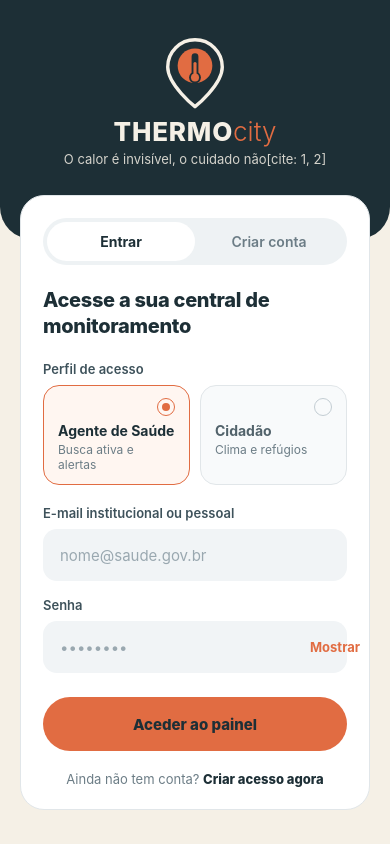
Repository: ThermoCity/thermo-city-mobile
Screen: /
These files come from the project's save history. The screen is drawn as it stood at one moment and after a run of saves; the edit follows.
The app was drawn by React Native's web renderer in a window 390 px wide. The project was rebuilt for these pictures with package versions that can differ from the ones it lists, and the page was loaded fresh each time. Some packages were replaced by stand-ins written for this rebuild.

Above is the screen before, as saved 2026-11-14 02:20:54.

### App.tsx
import LoginScreen from './src/screens/Login';
import { NavigationContainer } from '@react-navigation/native';
import { createNativeStackNavigator } from '@react-navigation/native-stack';


const Stack = createNativeStackNavigator();

export default function App() {
  return (
    <NavigationContainer>
        <Stack.Navigator>
          <Stack.Screen
            name="Login"
            component={LoginScreen}
            options={{ headerShown: false }}
          />
          </Stack.Navigator>
    </NavigationContainer>
  )
}

### src/screens/Login.tsx
import React, { useState } from 'react';
import {
  View,
  Text,
  TextInput,
  TouchableOpacity,
  StyleSheet,
  KeyboardAvoidingView,
  Platform,
  ScrollView,
  StatusBar,
} from 'react-native';
import { SafeAreaView } from 'react-native-safe-area-context';
import ThermoLogo from '../components/ThermoLogo';
import { BRAND_COLORS } from '../theme/thermoTheme';

export interface UserProfile {
  name: string;
  role: 'agente' | 'cidadao';
  unit: string;
}

type FieldKey = 'name' | 'email' | 'code' | 'password';

const ROLES: {
  key: 'agente' | 'cidadao';
  title: string;
  subtitle: string;
}[] = [
  { key: 'agente', title: 'Agente de Saúde', subtitle: 'Busca ativa e alertas' },
  { key: 'cidadao', title: 'Cidadão', subtitle: 'Clima e refúgios' },
];

const PLACEHOLDER_COLOR = '#9AA8B0';

export default function LoginScreen() {
  const [isRegistering, setIsRegistering] = useState<boolean>(false);
  const [role, setRole] = useState<'agente' | 'cidadao'>('agente');
  const [name, setName] = useState<string>('');
  const [email, setEmail] = useState<string>('');
  const [credentialCode, setCredentialCode] = useState<string>('');
  const [password, setPassword] = useState<string>('');
  const [showPassword, setShowPassword] = useState<boolean>(false);
  const [focused, setFocused] = useState<FieldKey | null>(null);

  const inputStyle = (key: FieldKey) => [
    styles.input,
    focused === key && styles.inputFocused,
  ];

  const focusProps = (key: FieldKey) => ({
    onFocus: () => setFocused(key),
    onBlur: () => setFocused((current) => (current === key ? null : current)),
  });

  return (
    <SafeAreaView style={styles.safeArea}>
      <StatusBar barStyle="light-content" backgroundColor={BRAND_COLORS.azulEscuro} />

      <KeyboardAvoidingView
        behavior={Platform.OS === 'ios' ? 'padding' : undefined}
        style={styles.flex}
      >
        <ScrollView
          style={styles.scroll}
          contentContainerStyle={styles.scrollContent}
          keyboardShouldPersistTaps="handled"
          showsVerticalScrollIndicator={false}
          bounces={false}
        >
          {/* ───────── MARCA ───────── */}
          <View style={styles.hero}>
            <ThermoLogo variant="dark" showText showSlogan size={62} />
          </View>

          {/* ───────── FORMULÁRIO ───────── */}
          <View style={styles.content}>
            <View style={styles.card}>
              <View style={styles.tabContainer}>
                <TouchableOpacity
                  style={[styles.tab, !isRegistering && styles.tabActive]}
                  onPress={() => setIsRegistering(false)}
                  activeOpacity={0.8}
                >
                  <Text style={[styles.tabText, !isRegistering && styles.tabTextActive]}>
                    Entrar
                  </Text>
                </TouchableOpacity>

                <TouchableOpacity
                  style={[styles.tab, isRegistering && styles.tabActive]}
                  onPress={() => setIsRegistering(true)}
                  activeOpacity={0.8}
                >
                  <Text style={[styles.tabText, isRegistering && styles.tabTextActive]}>
                    Criar conta
                  </Text>
                </TouchableOpacity>
              </View>

              <Text style={styles.formTitle}>
                {isRegistering
                  ? 'Registe o seu acesso no ThermoCity'
                  : 'Acesse a sua central de monitoramento'}
              </Text>

              <Text style={styles.label}>Perfil de acesso</Text>
              <View style={styles.roleRow}>
                {ROLES.map((item) => {
                  const selected = role === item.key;
                  return (
                    <TouchableOpacity
                      key={item.key}
                      style={[styles.roleButton, selected && styles.roleButtonSelected]}
                      onPress={() => setRole(item.key)}
                      activeOpacity={0.85}
                    >
                      <View style={styles.roleTop}>
                        <View style={[styles.radio, selected && styles.radioSelected]}>
                          {selected && <View style={styles.radioDot} />}
                        </View>
                      </View>
                      <Text style={[styles.roleTitle, selected && styles.roleTitleSelected]}>
                        {item.title}
                      </Text>
                      <Text style={styles.roleSubtitle}>{item.subtitle}</Text>
                    </TouchableOpacity>
                  );
                })}
              </View>

              {isRegistering && (
                <View style={styles.inputGroup}>
                  <Text style={styles.label}>Nome completo</Text>
                  <TextInput
                    style={inputStyle('name')}
                    placeholder="Ex.: Mariana Silva"
                    placeholderTextColor={PLACEHOLDER_COLOR}
                    value={name}
                    onChangeText={setName}
                    {...focusProps('name')}
                  />
                </View>
              )}

              <View style={styles.inputGroup}>
                <Text style={styles.label}>E-mail institucional ou pessoal</Text>
                <TextInput
                  style={inputStyle('email')}
                  placeholder="nome@saude.gov.br"
                  placeholderTextColor={PLACEHOLDER_COLOR}
                  keyboardType="email-address"
                  autoCapitalize="none"
                  autoCorrect={false}
                  value={email}
                  onChangeText={setEmail}
                  {...focusProps('email')}
                />
              </View>

              {isRegistering && (
                <View style={styles.inputGroup}>
                  <Text style={styles.label}>
                    {role === 'agente'
                      ? 'Matrícula / Registo da Equipe'
                      : 'Morada ou Código Postal de referência'}
                  </Text>
                  <TextInput
                    style={inputStyle('code')}
                    placeholder={role === 'agente' ? 'Ex.: ACS-4092' : 'Ex.: 19010-000'}
                    placeholderTextColor={PLACEHOLDER_COLOR}
                    value={credentialCode}
                    onChangeText={setCredentialCode}
                    {...focusProps('code')}
                  />
                </View>
              )}

              <View style={styles.inputGroup}>
                <Text style={styles.label}>Senha</Text>
                <View style={[styles.passwordWrap, focused === 'password' && styles.inputFocused]}>
                  <TextInput
                    style={styles.passwordInput}
                    placeholder="••••••••"
                    placeholderTextColor={PLACEHOLDER_COLOR}
                    secureTextEntry={!showPassword}
                    autoCapitalize="none"
                    value={password}
                    onChangeText={setPassword}
                    {...focusProps('password')}
                  />
                  <TouchableOpacity
                    onPress={() => setShowPassword((v) => !v)}
                    hitSlop={{ top: 10, bottom: 10, left: 10, right: 10 }}
                    accessibilityLabel={showPassword ? 'Ocultar senha' : 'Mostrar senha'}
                  >
                    <Text style={styles.showPasswordText}>
                      {showPassword ? 'Ocultar' : 'Mostrar'}
                    </Text>
                  </TouchableOpacity>
                </View>
              </View>

              <TouchableOpacity
                style={styles.submitButton}
                onPress={ () => {}}
                activeOpacity={0.85}
              >
                <Text style={styles.submitButtonText}>
                  {isRegistering ? 'Concluir registo' : 'Aceder ao painel'}
                </Text>
              </TouchableOpacity>

              <TouchableOpacity
                style={styles.switchPrompt}
                onPress={() => setIsRegistering(!isRegistering)}
              >
                <Text style={styles.switchPromptText}>
                  {isRegistering ? 'Já possui registo? ' : 'Ainda não tem conta? '}
                  <Text style={styles.switchPromptHighlight}>
                    {isRegistering ? 'Iniciar sessão' : 'Criar acesso agora'}
                  </Text>
                </Text>
              </TouchableOpacity>
            </View>
          </View>
        </ScrollView>
      </KeyboardAvoidingView>
    </SafeAreaView>
  );
}

const styles = StyleSheet.create({
  safeArea: {
    flex: 1,
    backgroundColor: BRAND_COLORS.azulEscuro,
  },
  flex: {
    flex: 1,
  },
  scroll: {
    flex: 1,
    backgroundColor: BRAND_COLORS.offWhite,
  },
  scrollContent: {
    flexGrow: 1,
    paddingBottom: 36,
  },

  /* Marca */
  hero: {
    backgroundColor: BRAND_COLORS.azulEscuro,
    alignItems: 'center',
    paddingTop: 36,
    paddingBottom: 72,
    paddingHorizontal: 24,
    borderBottomLeftRadius: 32,
    borderBottomRightRadius: 32,
  },

  /* Cartão */
  content: {
    paddingHorizontal: 20,
    marginTop: -44,
  },
  card: {
    backgroundColor: BRAND_COLORS.branco,
    borderRadius: 24,
    padding: 22,
    borderWidth: StyleSheet.hairlineWidth,
    borderColor: '#E1E6E9',
    ...Platform.select({
      ios: {
        shadowColor: '#0B1A20',
        shadowOffset: { width: 0, height: 10 },
        shadowOpacity: 0.1,
        shadowRadius: 22,
      },
      android: { elevation: 5 },
      default: {},
    }),
  },

  /* Abas */
  tabContainer: {
    flexDirection: 'row',
    backgroundColor: '#EEF2F4',
    borderRadius: 999,
    padding: 4,
    marginBottom: 22,
  },
  tab: {
    flex: 1,
    paddingVertical: 11,
    alignItems: 'center',
    borderRadius: 999,
  },
  tabActive: {
    backgroundColor: BRAND_COLORS.branco,
    ...Platform.select({
      ios: {
        shadowColor: '#0B1A20',
        shadowOffset: { width: 0, height: 2 },
        shadowOpacity: 0.1,
        shadowRadius: 5,
      },
      android: { elevation: 2 },
      default: {},
    }),
  },
  tabText: {
    fontSize: 14,
    fontWeight: '600',
    color: '#6C7D86',
  },
  tabTextActive: {
    color: BRAND_COLORS.azulEscuro,
    fontWeight: '700',
  },
  formTitle: {
    fontSize: 20,
    fontWeight: '800',
    letterSpacing: -0.3,
    lineHeight: 26,
    color: BRAND_COLORS.azulEscuro,
    marginBottom: 22,
  },
  label: {
    fontSize: 13,
    fontWeight: '600',
    color: '#3E525B',
    marginBottom: 8,
  },

  /* Perfil */
  roleRow: {
    flexDirection: 'row',
    gap: 10,
    marginBottom: 20,
  },
  roleButton: {
    flex: 1,
    paddingVertical: 12,
    paddingHorizontal: 14,
    borderRadius: 16,
    borderWidth: 1.5,
    borderColor: '#E1E6E9',
    backgroundColor: '#F8FAFB',
  },
  roleButtonSelected: {
    borderColor: BRAND_COLORS.laranjaSol,
    backgroundColor: '#FFF6F1',
  },
  roleTop: {
    alignItems: 'flex-end',
    marginBottom: 6,
  },
  radio: {
    width: 18,
    height: 18,
    borderRadius: 9,
    borderWidth: 1.5,
    borderColor: '#C3CDD3',
    alignItems: 'center',
    justifyContent: 'center',
  },
  radioSelected: {
    borderColor: BRAND_COLORS.laranjaSol,
  },
  radioDot: {
    width: 8,
    height: 8,
    borderRadius: 4,
    backgroundColor: BRAND_COLORS.laranjaSol,
  },
  roleTitle: {
    fontSize: 14,
    fontWeight: '700',
    color: '#52636B',
  },
  roleTitleSelected: {
    color: BRAND_COLORS.azulEscuro,
  },
  roleSubtitle: {
    fontSize: 12,
    color: '#6C7D86',
    marginTop: 3,
  },

  /* Campos */
  inputGroup: {
    marginBottom: 16,
  },
  input: {
    height: 52,
    borderWidth: 1.5,
    borderColor: 'transparent',
    borderRadius: 14,
    paddingHorizontal: 16,
    fontSize: 15,
    color: BRAND_COLORS.azulEscuro,
    backgroundColor: '#F1F4F6',
  },
  inputFocused: {
    borderColor: BRAND_COLORS.laranjaSol,
    backgroundColor: BRAND_COLORS.branco,
  },
  passwordWrap: {
    height: 52,
    flexDirection: 'row',
    alignItems: 'center',
    borderWidth: 1.5,
    borderColor: 'transparent',
    borderRadius: 14,
    paddingHorizontal: 16,
    backgroundColor: '#F1F4F6',
  },
  passwordInput: {
    flex: 1,
    height: '100%',
    fontSize: 15,
    color: BRAND_COLORS.azulEscuro,
  },
  showPasswordText: {
    fontSize: 13,
    fontWeight: '700',
    color: BRAND_COLORS.laranjaSol,
    marginLeft: 10,
  },

  /* Ações */
  submitButton: {
    backgroundColor: BRAND_COLORS.laranjaSol,
    height: 54,
    borderRadius: 999,
    justifyContent: 'center',
    alignItems: 'center',
    marginTop: 8,
  },
  submitButtonText: {
    color: BRAND_COLORS.azulEscuro,
    fontSize: 15,
    fontWeight: '800',
  },
  switchPrompt: {
    marginTop: 20,
    alignItems: 'center',
  },
  switchPromptText: {
    fontSize: 13,
    color: '#6C7D86',
  },
  switchPromptHighlight: {
    color: BRAND_COLORS.azulEscuro,
    fontWeight: '800',
  },
});

### src/components/ThermoLogo.tsx
import { View, Text, StyleSheet } from 'react-native';
import Svg, { Path, Circle, Rect } from 'react-native-svg';
import { BRAND_COLORS } from '../theme/thermoTheme';

interface ThermoLogoProps {
  variant?: 'light' | 'dark';
  showText?: boolean;
  showSlogan?: boolean;
  size?: number;
}

export default function ThermoLogo({
  variant = 'light',
  showText = true,
  showSlogan = false,
  size = 56,
}: ThermoLogoProps) {
  const isDarkBg = variant === 'dark';
  const pinStroke = isDarkBg ? BRAND_COLORS.offWhite : BRAND_COLORS.azulEscuro;
  const thermometerCutout = isDarkBg ? BRAND_COLORS.azulEscuro : BRAND_COLORS.offWhite;
  const thermoTextColor = isDarkBg ? BRAND_COLORS.offWhite : BRAND_COLORS.azulEscuro;

  return (
    <View style={styles.container}>
      <Svg width={size} height={size * 1.2} viewBox="0 0 100 120">
        <Path
          d="M50 6 C25.7 6 6 25.7 6 50 C6 79 50 114 50 114 C50 114 94 79 94 50 C94 25.7 74.3 6 50 6 Z"
          fill="none"
          stroke={pinStroke}
          strokeWidth="5.5"
          strokeLinejoin="round"
        />
        <Circle cx="50" cy="48" r="28" fill={BRAND_COLORS.laranjaSol} />
        <Rect
          x="44.5"
          y="28"
          width="11"
          height="36"
          rx="5.5"
          fill={thermometerCutout}
        />
        <Circle cx="50" cy="67" r="9.5" fill={thermometerCutout} />
        <Rect
          x="47.5"
          y="42"
          width="5"
          height="22"
          rx="2.5"
          fill={BRAND_COLORS.laranjaSol}
        />
        <Circle cx="50" cy="67" r="6.5" fill={BRAND_COLORS.laranjaSol} />
      </Svg>

      {showText && (
        <View style={styles.wordmarkRow}>
          <Text style={[styles.thermoText, { color: thermoTextColor }]}>
            THERMO
          </Text>
          <Text style={styles.cityText}>city</Text>
        </View>
      )}

      {showSlogan && (
        <Text style={[styles.sloganText, { color: thermoTextColor }]}>
          O calor é invisível, o cuidado não[cite: 1, 2]
        </Text>
      )}
    </View>
  );
}

const styles = StyleSheet.create({
  container: {
    alignItems: 'center',
  },
  wordmarkRow: {
    flexDirection: 'row',
    alignItems: 'baseline',
    marginTop: 6,
  },
  thermoText: {
    fontSize: 26,
    fontWeight: '800',
    letterSpacing: 0.8,
  },
  cityText: {
    fontSize: 26,
    fontWeight: '300',
    color: BRAND_COLORS.laranjaSol,
  },
  sloganText: {
    marginTop: 4,
    fontSize: 13,
    fontWeight: '400',
    opacity: 0.85,
  },
});

### src/theme/thermoTheme.ts
export const BRAND_COLORS = {
  azulEscuro: '#1D2F36',
  laranjaSol: '#E16C42',
  offWhite: '#F5F0E6',
  branco: '#FFFFFF',
} as const;

export interface HeatLevelInfo {
  code: 'NC1' | 'NC2' | 'NC3' | 'NC4' | 'NC5';
  label: string;
  color: string;
  textColor: string;
}

export const HEAT_LEVELS: Record<'NC1' | 'NC2' | 'NC3' | 'NC4' | 'NC5', HeatLevelInfo> = {
  NC1: { code: 'NC1', label: 'Muito baixo', color: '#F0D8CA', textColor: '#1D2F36' },
  NC2: { code: 'NC2', label: 'Baixo', color: '#ECB49A', textColor: '#1D2F36' },
  NC3: { code: 'NC3', label: 'Moderado', color: '#E16C42', textColor: '#1D2F36' },
  NC4: { code: 'NC4', label: 'Alto', color: '#B85130', textColor: '#FFFFFF' },
  NC5: { code: 'NC5', label: 'Muito alto', color: '#853922', textColor: '#FFFFFF' },
};

export interface ThemeTokens {
  mode: 'light' | 'dark';
  background: string;
  card: string;
  cardBorder: string;
  navHeader: string;
  textPrimary: string;
  textSecondary: string;
  inputBg: string;
  inputBorder: string;
  primaryActionBg: string;
  primaryActionText: string;
  accentActionBg: string;
  accentActionText: string;
}

export const THEMES: Record<'light' | 'dark', ThemeTokens> = {
  light: {
    mode: 'light',
    background: '#EEF2F4',
    card: '#FFFFFF',
    cardBorder: '#D8E0E5',
    navHeader: '#1D2F36',
    textPrimary: '#1D2F36',
    textSecondary: '#52636B',
    inputBg: '#F8FAFB',
    inputBorder: '#CBD5DB',
    primaryActionBg: '#1D2F36',
    primaryActionText: '#FFFFFF',
    accentActionBg: '#E16C42',
    accentActionText: '#1D2F36',
  },
  dark: {
    mode: 'dark',
    background: '#242B30',
    card: '#303B42',
    cardBorder: '#3F4D56',
    navHeader: '#1D2F36',
    textPrimary: '#F7F9FA',
    textSecondary: '#B0BEC5',
    inputBg: '#242B30',
    inputBorder: '#45545E',
    primaryActionBg: '#E16C42',
    primaryActionText: '#1D2F36',
    accentActionBg: '#E16C42',
    accentActionText: '#1D2F36',
  },
};

Loaded but not shown: index.ts (common file)

After the next 2 saves:
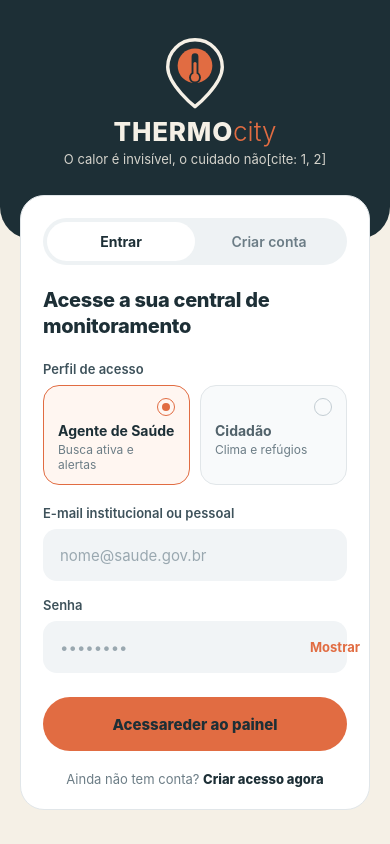
The 2 saves are shown as one change because they came seconds apart.
The last was saved 35 s later.
--- a/src/screens/Login.tsx
+++ b/src/screens/Login.tsx
@@ -207,7 +207,7 @@ export default function LoginScreen() {
                 activeOpacity={0.85}
               >
                 <Text style={styles.submitButtonText}>
-                  {isRegistering ? 'Concluir registo' : 'Aceder ao painel'}
+                  {isRegistering ? 'Concluir registro' : 'Acessareder ao painel'}
                 </Text>
               </TouchableOpacity>
 
